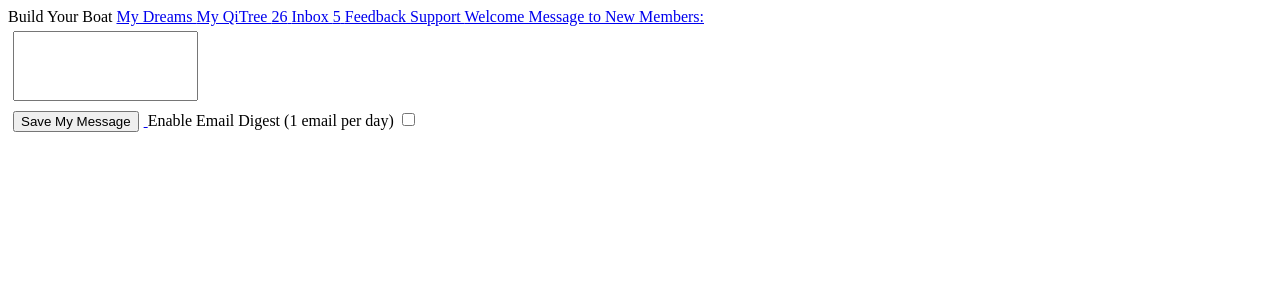
Repository: DevZubair/ionic-test
Page: www/templates/tab-account.html
The author's editor kept a record of every edit. The page is drawn from the files as they stood at one moment, then again after the next edit.
The browser window is 1280 px wide. The pictures show the whole page.

Above is the page before.

After the next edit:
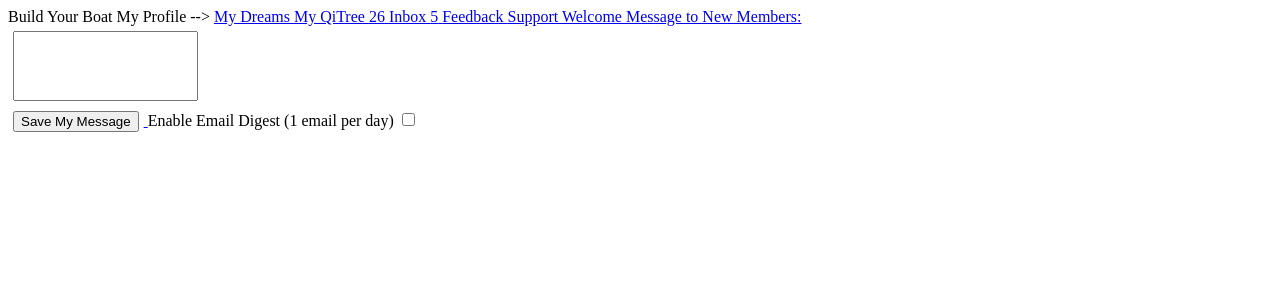
The edit:
--- a/www/templates/tab-account.html
+++ b/www/templates/tab-account.html
@@ -8,8 +8,8 @@
         <i class="icon ion-help-buoy"></i>
       </a>
 
-      <!--
-      <a class="item item-icon-left item-icon-right item-remove-animate"  ui-sref="members.account.profile">
+
+      <a class="item item-icon-left item-icon-right item-remove-animate"  ui-sref="members.profile">
         <i class="icon ion-person"></i>
         My Profile
         <i class="icon ion-chevron-right icon-accessory"></i>
